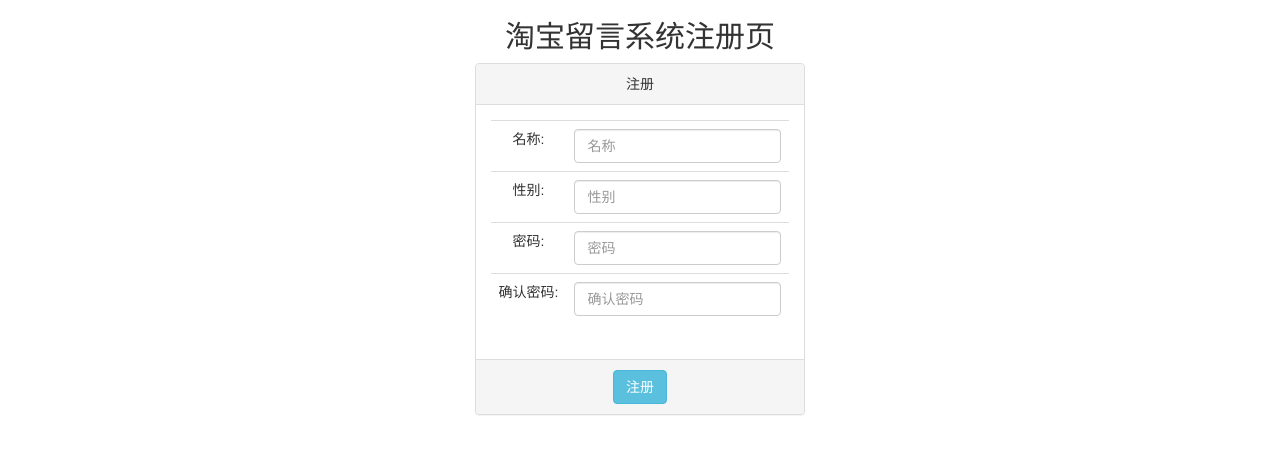
Repository: suxiaohutot/PHP
Page: http://localhost/zhuce.php
The author's editor kept a copy of each file at every save. The page is drawn from the files as they stood at one save, then again after the next save.
The browser window is 1280 px wide. The pictures show the whole page.
The page is run by PHP 8.4 with error messages shown; the project is at /var/www/html/.

Above is the page before, as saved 2019-11-01 09:30:54.

### test/zhuce.php
<!doctype html>
<html>
<head>
	<meta charset="utf-8">
	<title>注册</title>
	<link href="css/bootstrap.min.css" rel="stylesheet" />
	<style type="text/css">
	body{ text-align:center}
	</style>
</head>
<body>
    <div>
    	<form action="regist.php" method="post" class="container">
    		<div ><h2>淘宝留言系统注册页</h2></div>
    		<div class="form-inline">
    			<div class="form-group">
        			<div class="panel panel-default">
                    	<div class="panel-heading">
                    		注册
                    	</div>
                    	<div class="panel-body">
                    		<table class="table">
                                <tr>
                                	<td>名称:</td>
                                	<td><input type="text" name="name" class="form-control" placeholder="名称"></td>
                                </tr>
                                <tr>
                                	<td>性别:</td>
                                	<td><input type="text" name="sex" class="form-control" placeholder="性别"></td>
                                </tr>

                                <tr>
                                	<td>密码:</td>
                                	<td><input type="password" name="password" class="form-control" placeholder="密码"></td>
                                </tr>

                                <tr>
                                	<td>确认密码:</td>
                                	<td><input type="password" name="confirmpaswd"  class="form-control" placeholder="确认密码"></td>
                                </tr>

                            </table>
                		</div>
                		<div class="panel-footer">
                			<div class="center-button">
                				<button  class="btn btn-info">注册</button>
<!--                 				class="btn btn-default" -->
    						</div>
                		</div>
            		</div>
				</div>
    		</div>

        </form>
    </div>

</body>

</html>

Loaded but not shown: test/css/bootstrap.min.css (library)

After the next save:
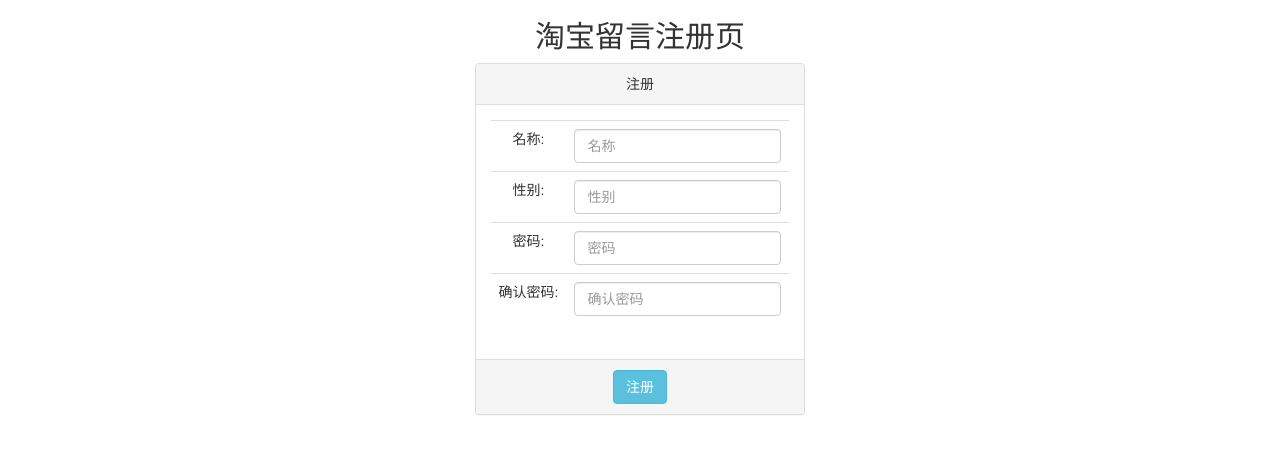
Saved 3 days later.
--- a/test/zhuce.php
+++ b/test/zhuce.php
@@ -11,7 +11,7 @@
 <body>
     <div>
     	<form action="regist.php" method="post" class="container">
-    		<div ><h2>淘宝留言系统注册页</h2></div>
+    		<div ><h2>淘宝留言注册页</h2></div>
     		<div class="form-inline">
     			<div class="form-group">
         			<div class="panel panel-default">
